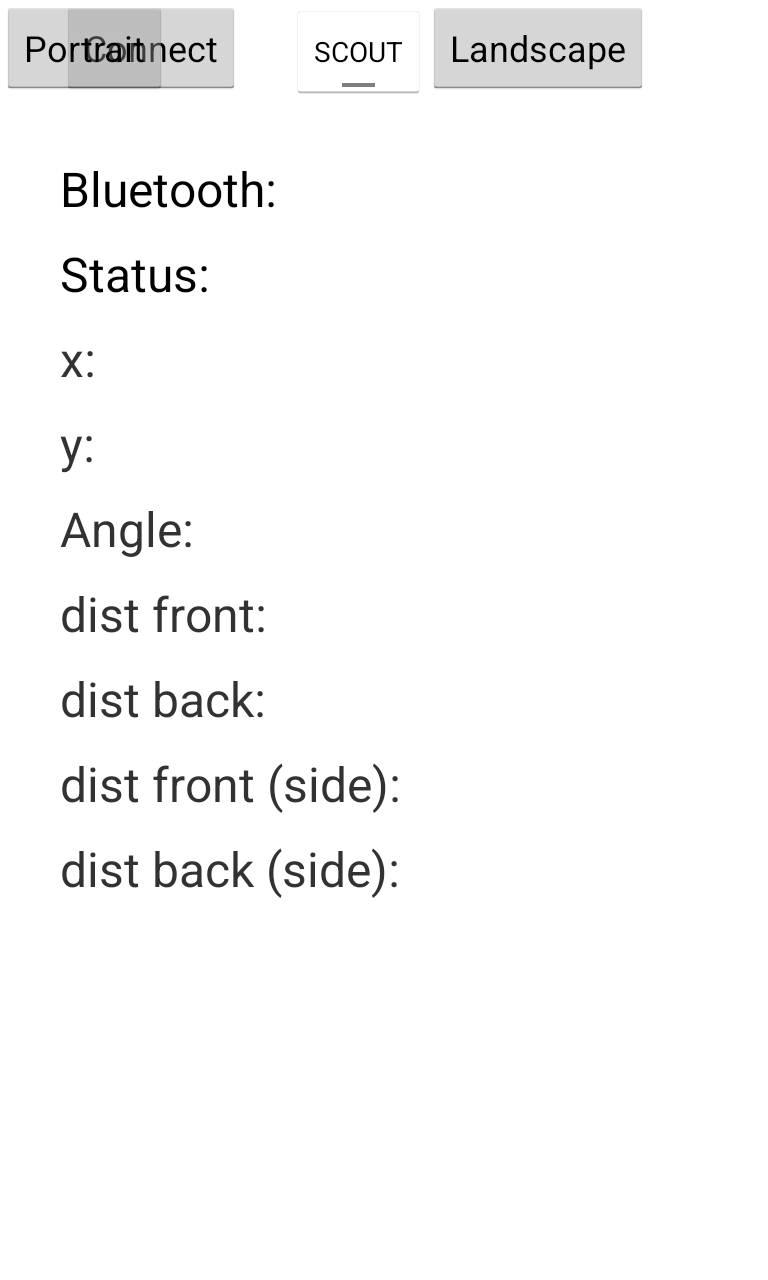
Repository: VietPhamTuyen/HSAMR_HMI_Viet
Layout: NXT/NXT Fernsteuerung/res/layout/activity_main.xml
These files come from the project's save history. The layout is drawn as it stood at one moment and after the next save; the edit follows.
It is drawn on a 768 x 1280 px phone screen (xhdpi) without system bars, with theme AppTheme; the app's code is not run.

Above is the layout before, as saved 2014-11-14 20:42:40.

After the next save:
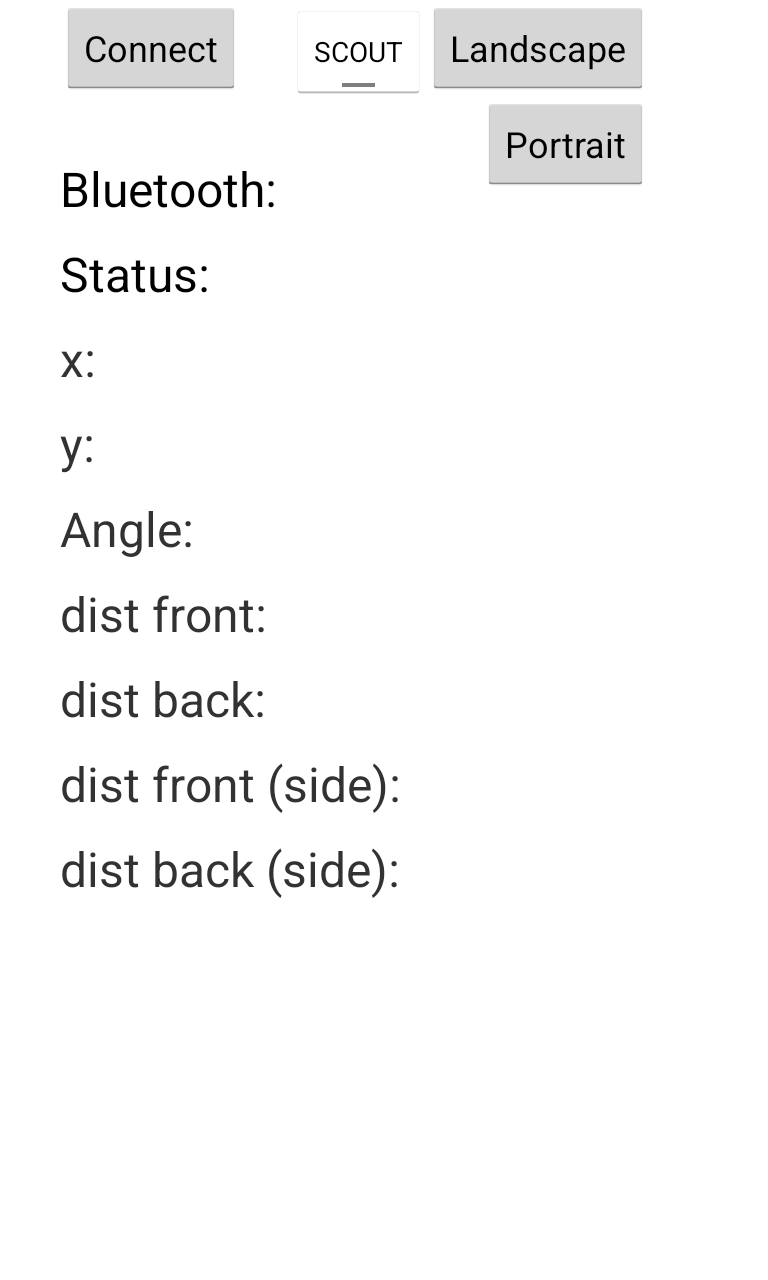
Saved 6 s later.
--- a/NXT/NXT Fernsteuerung/res/layout/activity_main.xml
+++ b/NXT/NXT Fernsteuerung/res/layout/activity_main.xml
@@ -254,7 +254,7 @@
         android:onClick="LandscapeButton" />
 
     <Button
-        android:id="@+id/landscapebutton"
+        android:id="@+id/landscapebutton2"
         android:layout_width="wrap_content"
         android:layout_height="wrap_content"
         android:layout_alignRight="@+id/landscapebutton"
